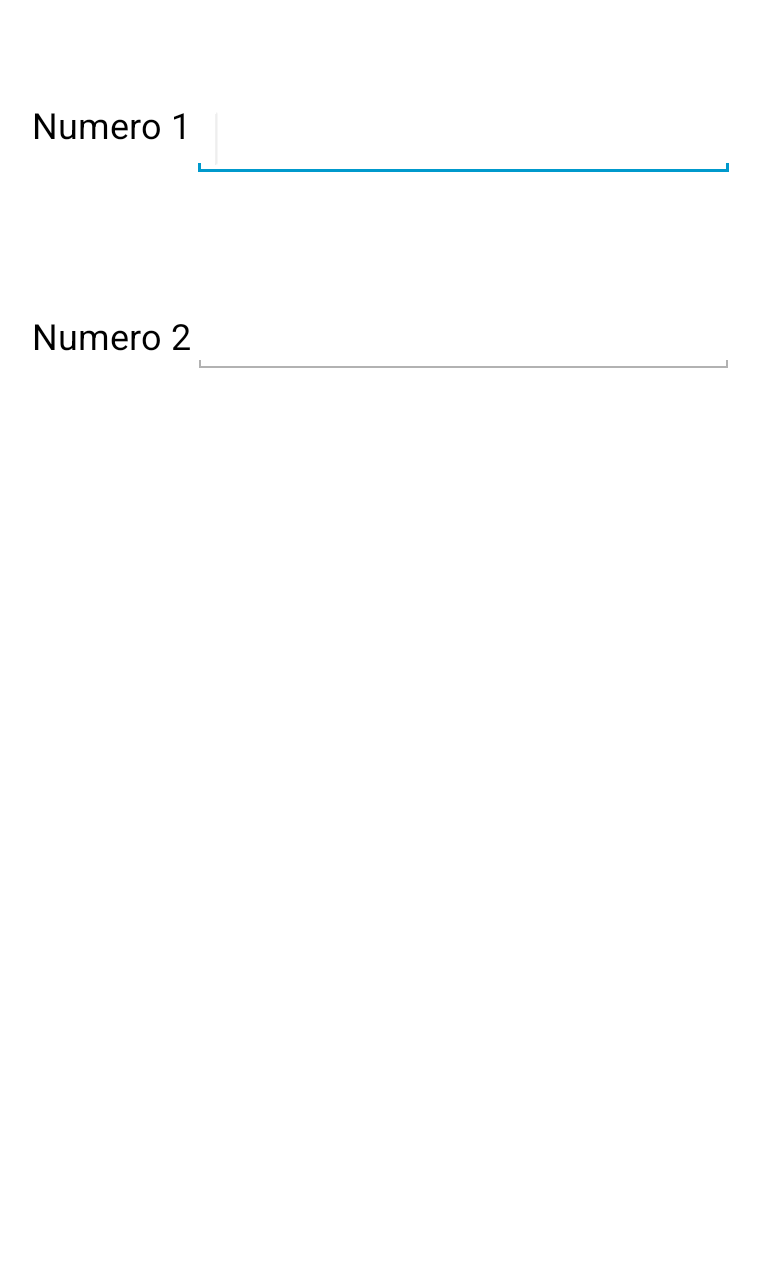
Repository: evervasquez/CursoAndroid
Layout: Precalculadora/res/layout/fragment_main.xml
The author's editor kept a copy of each file at every save. The layout is drawn from the files as they stood at one save, then again after the next save.
It is drawn on a 768 x 1280 px phone screen (xhdpi) without system bars, with theme AppTheme; the app's code is not run.

Above is the layout before, as saved 2014-04-29 03:32:55.

### Precalculadora/res/layout/fragment_main.xml
<LinearLayout xmlns:android="http://schemas.android.com/apk/res/android"
    xmlns:tools="http://schemas.android.com/tools"
    android:layout_width="match_parent"
    android:layout_height="match_parent"
    android:paddingBottom="@dimen/activity_vertical_margin"
    android:paddingLeft="@dimen/activity_horizontal_margin"
    android:paddingRight="@dimen/activity_horizontal_margin"
    android:paddingTop="@dimen/activity_vertical_margin"
    android:orientation="vertical"
    tools:context="com.android.precalculadora.MainActivity$PlaceholderFragment" >

    <RelativeLayout
        android:id="@+id/liner1"
        android:layout_width="fill_parent"
        android:layout_height="0dp"
        android:layout_weight="1"
        android:orientation="horizontal" >

        <EditText
            android:id="@+id/editText1"
            android:layout_width="wrap_content"
            android:layout_height="wrap_content"
            android:layout_alignParentRight="true"
            android:layout_alignTop="@+id/textView1"
            android:layout_toRightOf="@+id/textView1"
            android:ems="10"
            android:inputType="numberDecimal" >

            <requestFocus />
        </EditText>

        <TextView
            android:id="@+id/textView1"
            android:layout_width="wrap_content"
            android:layout_height="wrap_content"
            android:layout_alignParentLeft="true"
            android:layout_alignParentTop="true"
            android:layout_marginTop="34dp"
            android:text="@string/txt_num1"
            android:textAppearance="?android:attr/textAppearanceMedium" />

        <TextView
            android:id="@+id/textView2"
            android:layout_width="wrap_content"
            android:layout_height="wrap_content"
            android:layout_alignParentLeft="true"
            android:layout_centerVertical="true"
            android:text="@string/txt_num2"
            android:textAppearance="?android:attr/textAppearanceMedium" />

        <EditText
            android:id="@+id/editText2"
            android:layout_width="wrap_content"
            android:layout_height="wrap_content"
            android:layout_alignBaseline="@+id/textView2"
            android:layout_alignBottom="@+id/textView2"
            android:layout_alignLeft="@+id/editText1"
            android:layout_alignParentRight="true"
            android:ems="10"
            android:inputType="numberDecimal" />

    </RelativeLayout>

	<LinearLayout
	    android:id="@+id/liner2"
	    android:layout_width="fill_parent"
	    android:layout_height="0dp"
	    android:layout_weight="1"
	    android:orientation="horizontal" >

		<LinearLayout
		    android:layout_width="match_parent"
		    android:layout_height="wrap_content" >
		</LinearLayout>

	</LinearLayout>

</LinearLayout>

### Precalculadora/res/values/strings.xml
<?xml version="1.0" encoding="utf-8"?>
<resources>

    <string name="app_name">Precalculadora</string>
    <string name="hello_world">Hello world!</string>
    <string name="action_settings">Settings</string>
    <string name="txt_num1">Numero 1</string>
    <string name="txt_num2">Numero 2</string>

</resources>

Loaded but not shown: Precalculadora/res/values/styles.xml (common file); Precalculadora/res/values-v11/styles.xml (common file); Precalculadora/res/values-v14/styles.xml (common file); Precalculadora/res/values/dimens.xml (common file); Precalculadora/res/values-w820dp/dimens.xml (common file)

After the next save:
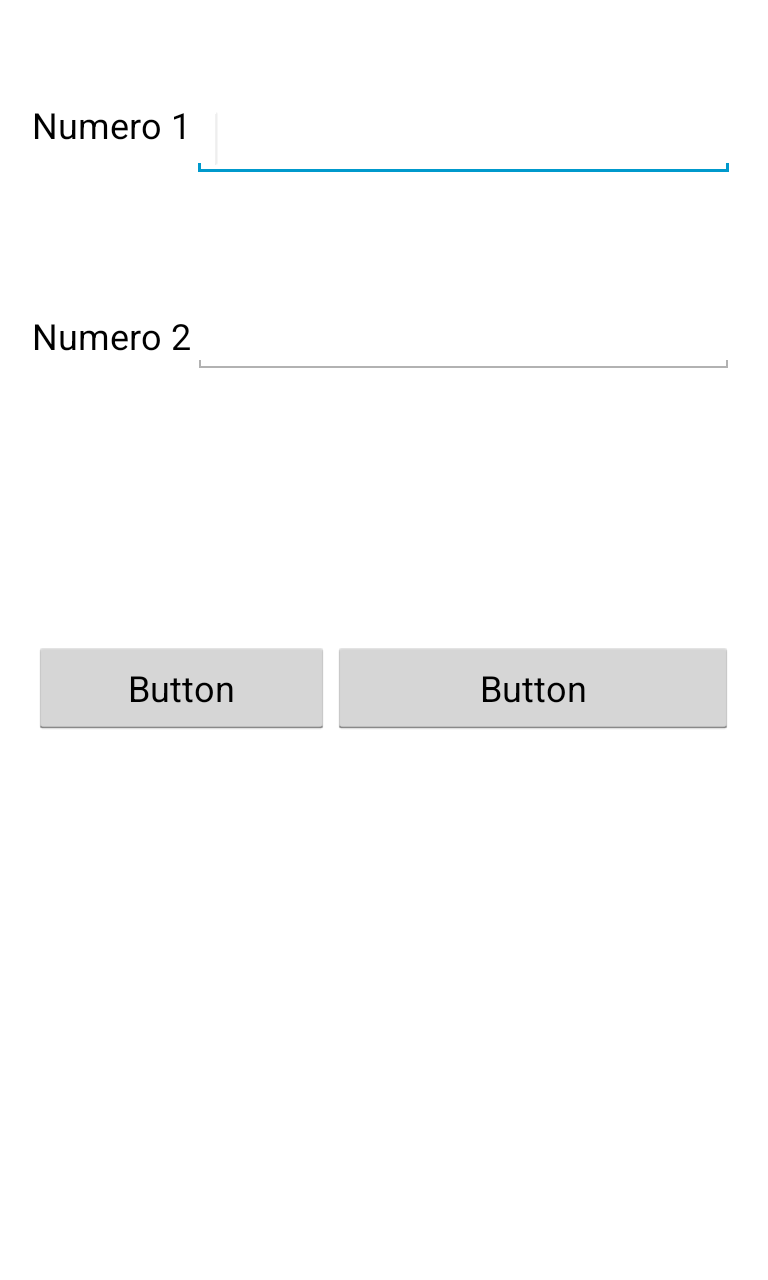
Saved 60 s later.
--- a/Precalculadora/res/layout/fragment_main.xml
+++ b/Precalculadora/res/layout/fragment_main.xml
@@ -71,6 +71,38 @@
 		<LinearLayout
 		    android:layout_width="match_parent"
 		    android:layout_height="wrap_content" >
+
+		    <Button
+		        android:id="@+id/button1"
+		        android:layout_width="wrap_content"
+		        android:layout_height="wrap_content"
+		        android:layout_weight="0.45"
+		        android:text="Button" />
+
+		    <Button
+		        android:id="@+id/button2"
+		        android:layout_width="wrap_content"
+		        android:layout_height="wrap_content"
+		        android:layout_weight="0.78"
+		        android:text="Button" />
+		</LinearLayout>
+
+		<LinearLayout
+		    android:layout_width="fill_parent"
+		    android:layout_height="wrap_content" >
+		    <Button
+		        android:id="@+id/button1"
+		        android:layout_width="wrap_content"
+		        android:layout_height="wrap_content"
+		        android:layout_weight="0.45"
+		        android:text="Button" />
+
+		    <Button
+		        android:id="@+id/button2"
+		        android:layout_width="wrap_content"
+		        android:layout_height="wrap_content"
+		        android:layout_weight="0.78"
+		        android:text="Button" />
 		</LinearLayout>
 
 	</LinearLayout>
